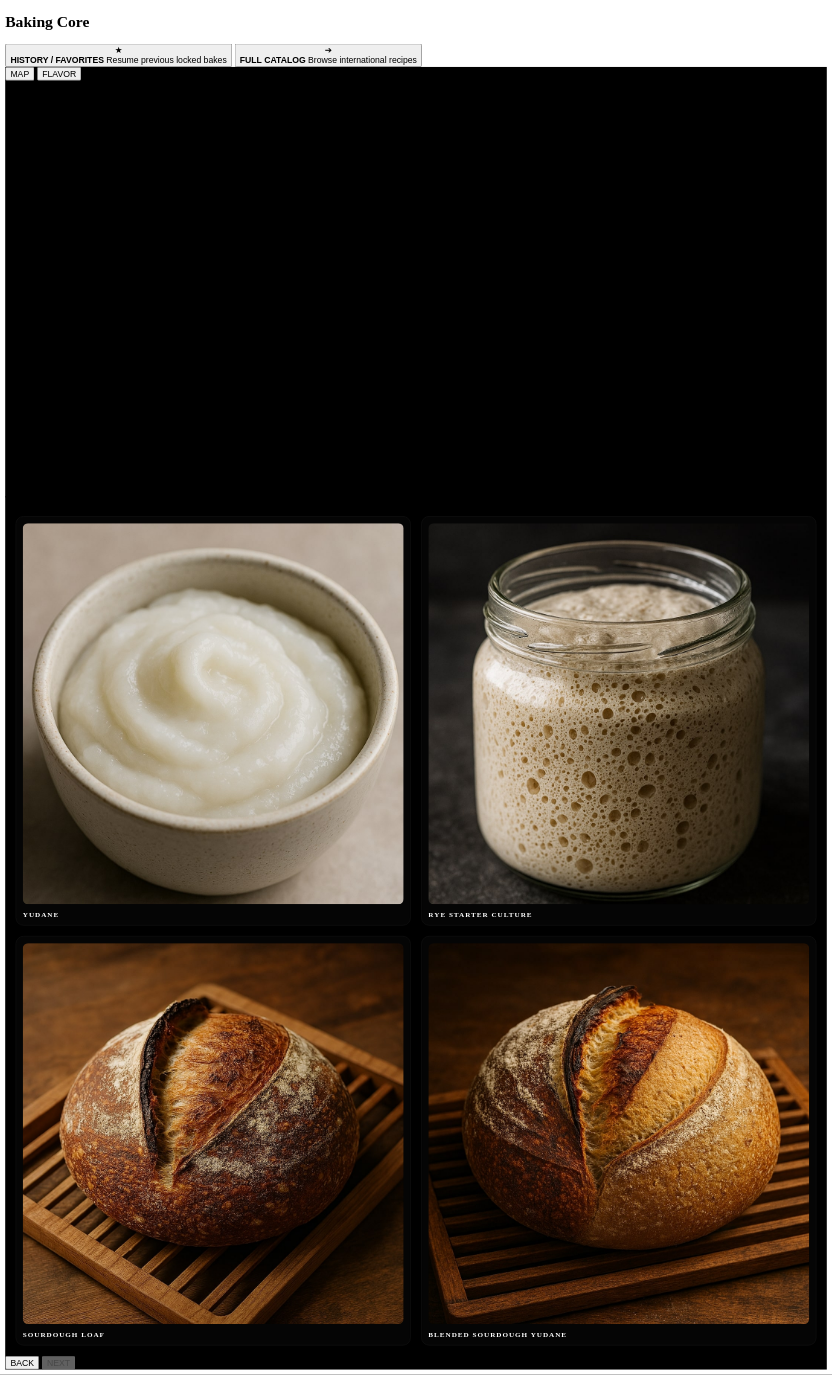
Repository: dkg11hu/baking-core
Page: index.html
An editor plug-in stored every save of this project. The page is shown before and after the next save, followed by the edit.
The browser window is 1280 px wide. The pictures show the whole page, at 65% of full size.

Above is the page before, as saved 2026-01-03 16:59:17.

After the next save:
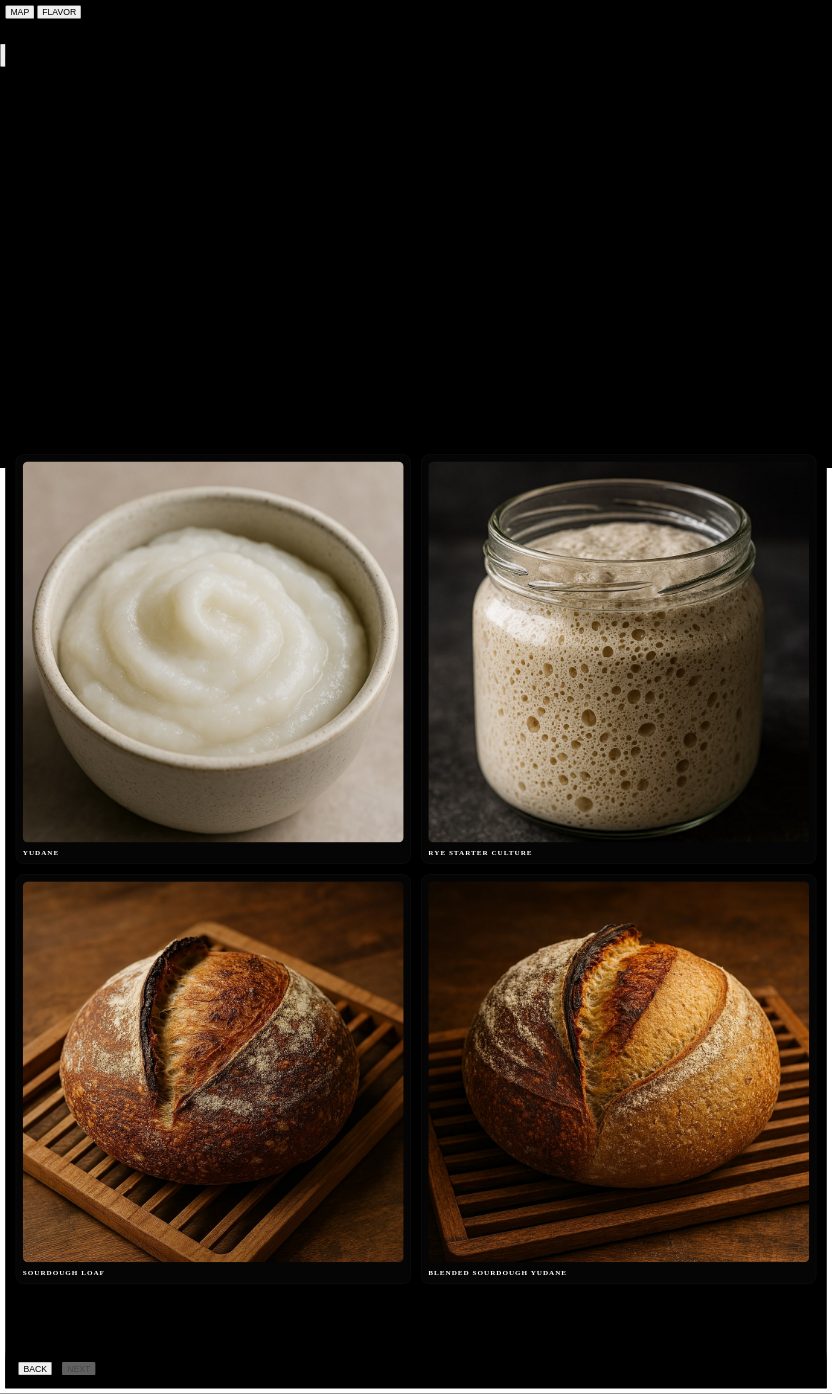
Saved 28 s later.
--- a/style.css
+++ b/style.css
@@ -83,3 +83,37 @@
     height: 100%;
     object-fit: cover;
 }
+
+/* Each section is a full-screen app layer */
+section {
+    position: absolute;
+    top: 0;
+    left: 0;
+    width: 100%;
+    height: 100%;
+    background: #000;
+    display: flex;
+    flex-direction: column;
+}
+
+/* Force hide with absolute priority */
+.hidden {
+    display: none !important;
+}
+
+/* Ensure Tile Grid only scrolls within its container */
+#tile-grid {
+    flex: 1;
+    overflow-y: auto;
+    padding-bottom: 100px; /* Room for navigation */
+}
+
+/* Stepper controls anchored to bottom of current view */
+.stepper-controls {
+    padding: 20px;
+    background: linear-gradient(0deg, #000 70%, transparent);
+    display: flex;
+    gap: 15px;
+    position: sticky;
+    bottom: 0;
+}
